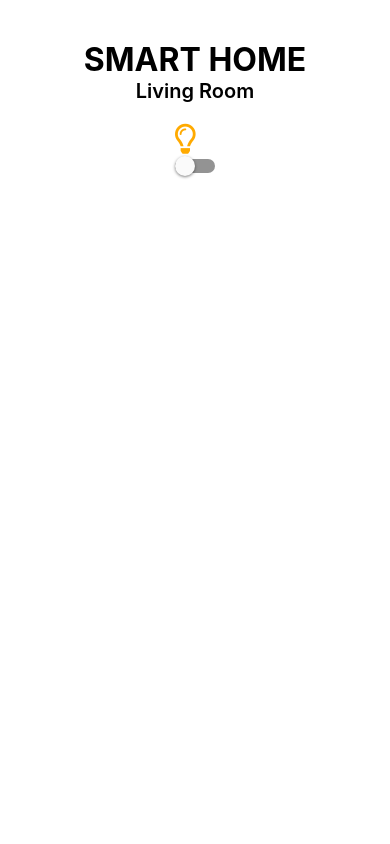
Repository: NQD2308/CNTT3
Screen: / (app in Week 5/home work/ListThietBi/)
An editor plug-in stored every save of this project. The screen is shown before and after the next save, followed by the edit.
The app was drawn by React Native's web renderer in a window 390 px wide. The project was rebuilt for these pictures with package versions that can differ from the ones it lists, and the page was loaded fresh each time.

Above is the screen before, as saved 2024-04-11 22:34:24.

After the next save:
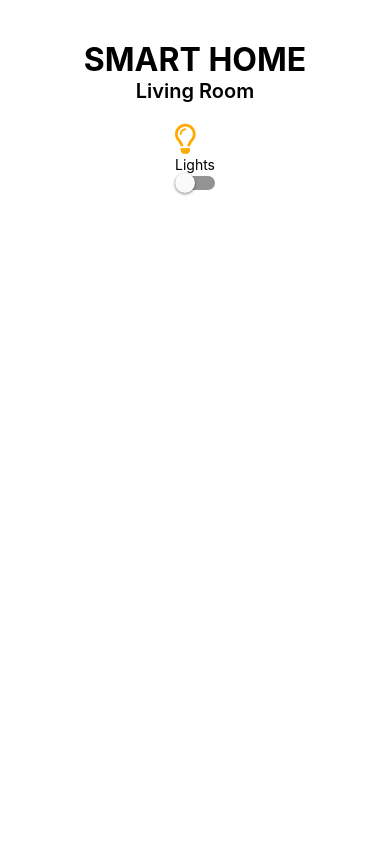
Saved 11 s later.
--- a/Week 5/home work/ListThietBi/App.js
+++ b/Week 5/home work/ListThietBi/App.js
@@ -11,7 +11,7 @@ export default function App() {
       <View>
         <View>
         <F5Icon name="lightbulb" size={30} color={'#ffaa00'} />
-
+        <Text>Lights</Text>
         </View>
         <Switch/>
       </View>
